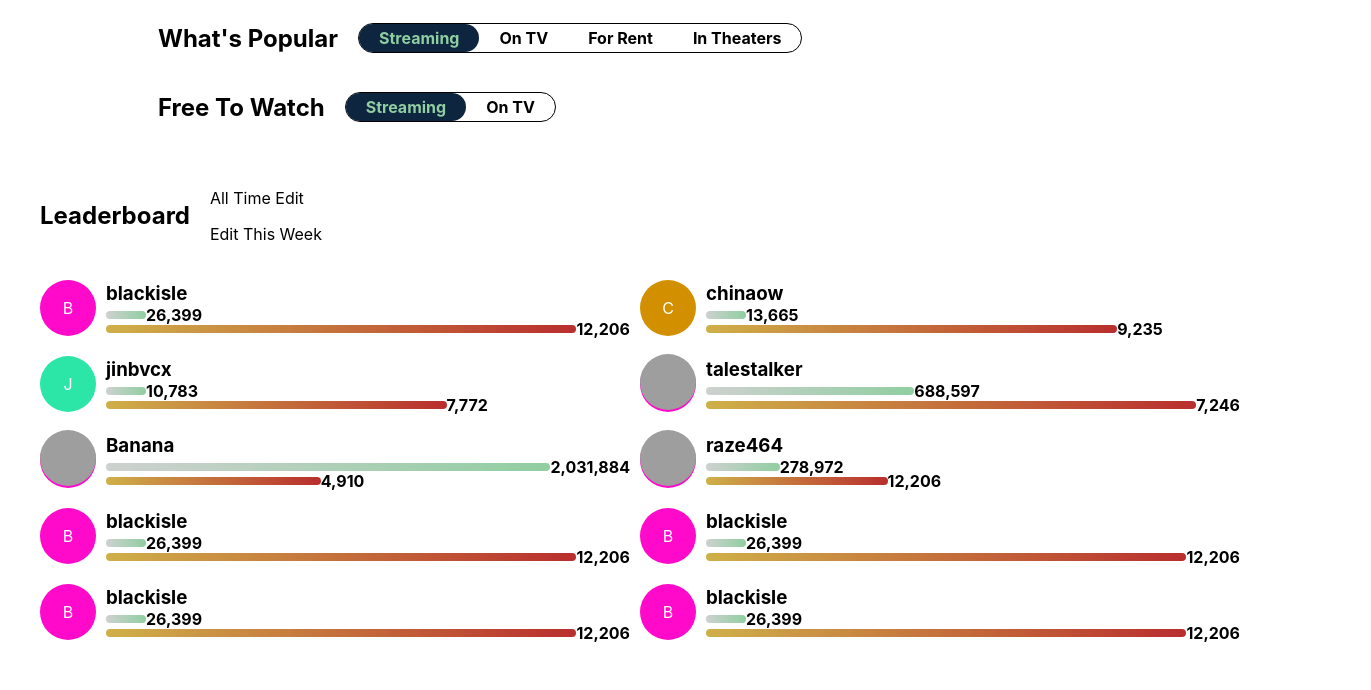
Repository: Fauzaanmhmd/qnpTesFrontend
Page: /
An editor plug-in stored every save of this project. The page is shown before and after the next save, followed by the edit.
The browser window is 1280 px wide. The page is 1371 px wide, so the pictures cover 1371 px, including what lies to the right of the window. The pictures show the part of the page from y = 364 to 1054 px (the page is 1054 px tall).
Pictures or frames that could not be fetched are drawn as grey boxes. The page's requests for data from a server got no answer. The project was rebuilt for these pictures with package versions that can differ from the ones it lists, and the page was loaded fresh each time. The framework's server and built-in components were replaced by stand-ins that run in the browser. No one was signed in, and anything a server would have sent is missing. Also part of the build but not shown: next.config.js, styles/Moviecard.module.scss, pages/components/Moviecard.tsx.

Above is the page before, as saved 2022-03-20 23:40:57.

After the next save:
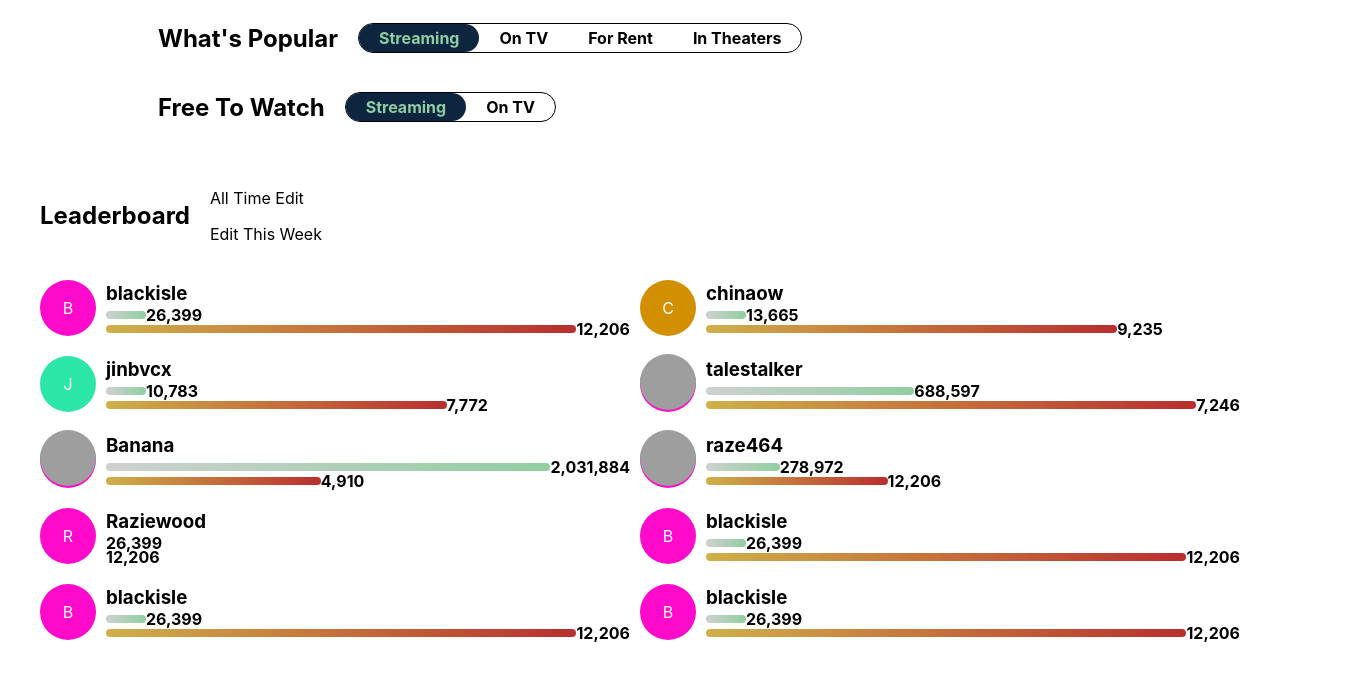
Saved 2 min 40 s later.
--- a/pages/Leaderboard.tsx
+++ b/pages/Leaderboard.tsx
@@ -148,21 +148,21 @@
                             </li>
                             <li>
                                 <span className={styles.avatar}>
-                                    <a href="/u/blackisle">
-                                        <span>B</span>
-                                    </a>
-                                </span>
-                                <div className={styles.data}>
-                                    <h3>
-                                        <a href="/u/blackisle">blackisle</a>
-                                    </h3>
-                                    <div className={styles.meter}>
-                                        <div className={styles.gauge}>
-                                        </div>
-                                        <h4>26,399</h4>
-                                    </div>
-                                    <div className={styles.meterThisWeek}>
-                                        <div className={styles.gaugeThisWeek}>
+                                    <a href="https://www.themoviedb.org/u/RazieWod">
+                                        <span>R</span>
+                                    </a>
+                                </span>
+                                <div className={styles.data}>
+                                    <h3>
+                                        <a href="/u/blackisle">Raziewood</a>
+                                    </h3>
+                                    <div className={styles.meter}>
+                                        <div className={styles.gaugeRW}>
+                                        </div>
+                                        <h4>26,399</h4>
+                                    </div>
+                                    <div className={styles.meterThisWeek}>
+                                        <div className={styles.gaugeThisWeekRW}>
                                         </div>
                                         <h4>12,206</h4>
                                     </div>
